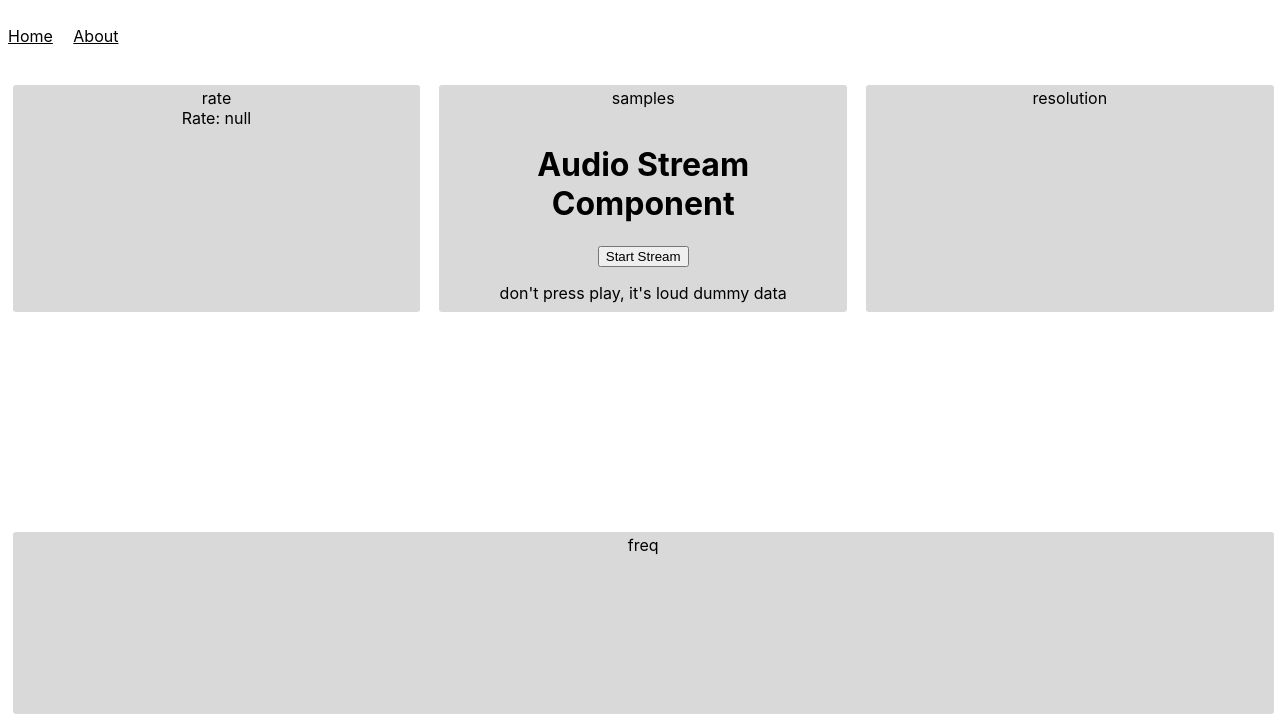
Repository: Sense-Scape/Sensor_Viewer
Page: /
The author's editor kept a copy of each file at every save. The page is drawn from the files as they stood at one save, then again after the next save.
The browser window is 1280 px wide. The pictures show the whole page.
The page's requests for data from a server got no answer. The project was rebuilt for these pictures with package versions that can differ from the ones it lists, and the page was loaded fresh each time. The framework's server and built-in components were replaced by stand-ins that run in the browser. No one was signed in, and anything a server would have sent is missing. Also part of the build but not shown: svelte.config.js, vite.config.ts.

Above is the page before, as saved 2023-09-18 07:49:06.

### src/app.html
<!DOCTYPE html>
<html lang="en">

<head>
	<meta charset="utf-8" />
	<link rel="icon" href="%sveltekit.assets%/favicon.png" />
	%sveltekit.head%
</head>

<body data-sveltekit-preload-data="hover">
	<div style="display: contents">%sveltekit.body%</div>
</body>

</html>

<style>
	:root {
		font-family: 'Overpass', -apple-system, BlinkMacSystemFont, 'Segoe UI', Roboto, Oxygen, Ubuntu,
			Cantarell, 'Fira Sans', 'Droid Sans', 'Helvetica Neue', sans-serif;
	}

	body {
		margin: 0;
	}
</style>

### src/routes/+layout.svelte
<script>
	import { dev, browser } from '$app/environment';
	import { inject } from '@vercel/analytics';

	// util
	import { webVitals } from '$lib/vitals';

	// components
	import Navbar from '$lib/Navbar.svelte';

	//store
	import { page } from '$app/stores';

	inject({ mode: dev ? 'development' : 'production' });

	let analyticsId = import.meta.env.VERCEL_ANALYTICS_ID;

	$: if (browser && analyticsId) {
		console.log(
			`%c[Web Vitals]%c`,
			'color: rgb(120, 120, 120)',
			'color: inherit',
			'Updating vitals'
		);
		webVitals({
			path: $page.url.pathname,
			params: $page.params,
			analyticsId: analyticsId,
			debug: dev
		});
	} else if (browser) {
		console.log(
			`%c[Web Vitals]%c`,
			'color: rgb(120, 120, 120)',
			'color: inherit',
			'Skipping vitals - no analyticsId'
		);
	}
</script>

<main>
	<Navbar />
	<!-- +page.svelte is rendered in this <slot> -->
	<slot />
</main>

### src/routes/+page.svelte
<script lang="ts">
	import { onDestroy } from 'svelte';
	import Chart from 'chart.js/auto';
	import { onMount } from 'svelte';

	// components
	import AudioStream from '../AudioStream.svelte';
	import Card from '../Card.svelte';

	// stores
	import { sampleRateStore } from '../stores';

	let sampleRate: number | null = null;

	const unsubscribe = sampleRateStore.subscribe((value) => {
		sampleRate = value;
	});

	// Callback that will receive and print web socket data
	$: {
		if (typeof window !== 'undefined') {
			// if (existingWebSocket) {
			//     existingWebSocket.close(); // Close the previous WebSocket instance
			// }
			if (true) {
				const newWebSocket = new WebSocket('ws://localhost:10010/DataTypes/TimeChunk');
				newWebSocket.addEventListener('message', async (event) => {
					const receivedMessage = event.data; // Access the received message from the event object
					console.log('Received message:', receivedMessage);
				});
			}
		}
	}

	// Setting up of time domain plot
	let chartData = [860, 1140, 1060, 1060, 1070, 1110, 1330, 2210, 7830, 2478];
	let Labels = [100, 200, 300, 400, 500, 600, 700, 800, 900, 1000];
	let ctx;
	let chartCanvas;

	function UpdateChartData(value) {
		console.log(`Received value in callback: ${value}`);
		// Do something with the value
	}

	new Chart('myChart', {
		type: 'line',
		data: {
			labels: Labels,
			datasets: [
				{
					data: chartData,
					borderColor: 'red',
					fill: false
				}
			]
		},
		options: {
			legend: { display: false }
		}
	});
</script>

<svelte:head>
	<title>Sense-Scape | Overview</title>
</svelte:head>

<div class="container">
	<div class="time block">
		<canvas bind:this={chartCanvas} id="myChart" />
	</div>
	<div class="freq block">
		<Card>
			<p>freq</p>
		</Card>
	</div>
	<div class="rate block">
		<Card>
			<div>
				<p>rate</p>
				<p>Rate: {sampleRate}</p>
			</div>
		</Card>
	</div>
	<div class="samples block">
		<Card>
			<p>samples</p>
			<AudioStream />
			<p>don't press play, it's loud dummy data</p>
		</Card>
	</div>
	<div class="resolution block">
		<Card>
			<p>resolution</p>
		</Card>
	</div>
</div>

<style>
	p {
		margin: 0;
	}

	.block {
		padding: 0.8rem;
	}

	.container {
		display: grid;
		grid-template-columns: 1fr 1fr 1fr;
		grid-template-rows: 1fr 3fr 3fr;
		grid-template-areas:
			'rate samples resolution'
			'time time time'
			'freq freq freq';
		text-align: center;
		height: 90vh;
	}

	@media only screen and (max-width: 600px) {
		.container {
			display: block;
		}
	}

	.time {
		grid-area: time;
	}

	.freq {
		grid-area: freq;
	}

	.rate {
		grid-area: rate;
	}

	.samples {
		grid-area: samples;
	}

	.resolution {
		grid-area: resolution;
	}
</style>

### src/lib/vitals.ts
import { onCLS, onFCP, onFID, onLCP, onTTFB } from 'web-vitals';
import type { Metric } from 'web-vitals';

const vitalsUrl = 'https://vitals.vercel-analytics.com/v1/vitals';

interface NavigatorConnection {
	effectiveType: string;
	// Add other properties if needed
}

function getConnectionSpeed() {
	return 'connection' in navigator &&
		navigator['connection'] &&
		'effectiveType' in (navigator['connection'] as NavigatorConnection)
		? (navigator['connection'] as NavigatorConnection)['effectiveType']
		: '';
}

interface AnalyticsOptions {
	params: { [s: string]: string } | ArrayLike<string>;
	path: string;
	analyticsId: string;
	debug: boolean;
}

function sendToAnalytics(metric: Metric, options: AnalyticsOptions): void {
	const page = Object.entries(options.params).reduce(
		(acc, [key, value]) => acc.replace(value, `[${key}]`),
		options.path
	);

	const body = {
		dsn: options.analyticsId,
		id: metric.id,
		page,
		href: location.href,
		event_name: metric.name,
		value: metric.value.toString(),
		speed: getConnectionSpeed()
	};

	if (options.debug) {
		console.log('[Web Vitals]', metric.name, JSON.stringify(body, null, 2));
	}

	const blob = new Blob([new URLSearchParams(body).toString()], {
		// This content type is necessary for `sendBeacon`
		type: 'application/x-www-form-urlencoded'
	});
	if (navigator.sendBeacon) {
		navigator.sendBeacon(vitalsUrl, blob);
	} else {
		fetch(vitalsUrl, {
			body: blob,
			method: 'POST',
			credentials: 'omit',
			keepalive: true
		});
	}
}

export function webVitals(options: AnalyticsOptions): void {
	try {
		onFID((metric: Metric) => sendToAnalytics(metric, options));
		onTTFB((metric: Metric) => sendToAnalytics(metric, options));
		onLCP((metric: Metric) => sendToAnalytics(metric, options));
		onCLS((metric: Metric) => sendToAnalytics(metric, options));
		onFCP((metric: Metric) => sendToAnalytics(metric, options));
	} catch (err) {
		console.error('[Web Vitals]', err);
	}
}

### src/lib/Navbar.svelte
<section>
	<nav>
		<a href="/">Home</a>
		<a href="/about">About</a>
	</nav>
</section>

<style>
	section {
		display: flex;
		height: 10vh;
		width: 100%;
		align-items: center;
		background-color: var(--quandary-color);
	}

	a {
		color: var(--tertiary-color);
		margin-left: 0.5rem;
		margin-right: 0.5rem;
	}
</style>

### src/AudioStream.svelte
<!-- AudioStream.svelte -->
<script lang="ts">
	import { onMount, onDestroy } from 'svelte';
	import { sampleRateStore } from './stores';

	let audioContext: AudioContext | null = null;
	let dummySource: AudioBufferSourceNode | null = null;

	async function startStream() {
		try {
			audioContext = new AudioContext({ sampleRate: 44100 });
			dummySource = createDummyAudioSource(audioContext, 10); // 10 seconds duration
			const sampleRate = dummySource.buffer?.sampleRate ?? null; // Get the sample rate
			sampleRateStore.set(sampleRate); // Set the sample rate in the store
			dummySource.connect(audioContext.destination);
			dummySource.start();
		} catch (error) {
			console.error('Error creating audio context:', error);
		}
	}

	function stopStream() {
		if (dummySource) {
			dummySource.stop();
			dummySource.disconnect();
			dummySource = null;
		}
		if (audioContext) {
			audioContext.close();
			audioContext = null;
			sampleRateStore.set(null);
		}
	}

	let cleanup: () => void = () => {
		// Initialize as empty function
	};
	onMount(() => {
		cleanup = () => {
			if (dummySource) {
				dummySource.stop();
				dummySource.disconnect();
				dummySource = null;
			}
			if (audioContext) {
				audioContext.close();
				audioContext = null;
			}
		};
	});

	onDestroy(() => cleanup());

	function createDummyAudioSource(
		audioContext: AudioContext,
		duration: number
	): AudioBufferSourceNode {
		const sampleRate = audioContext.sampleRate;
		const frameCount = duration * sampleRate;
		const buffer = audioContext.createBuffer(1, frameCount, sampleRate);
		const channelData = buffer.getChannelData(0);

		for (let i = 0; i < frameCount; i++) {
			channelData[i] = Math.random() * 2 - 1; // Generate random audio samples between -1 and 1
		}

		const source = audioContext.createBufferSource();
		source.buffer = buffer;

		return source;
	}
</script>

<main>
	<h1>Audio Stream Component</h1>
	{#if dummySource}
		<button on:click={stopStream}>Stop Stream</button>
	{:else}
		<button on:click={startStream}>Start Stream</button>
	{/if}
</main>

<style>
	main {
		text-align: center;
		padding: 1em;
		max-width: 240px;
		margin: 0 auto;
	}
</style>

### src/Card.svelte
<!-- Card.svelte -->
<script lang="ts">
</script>

<div>
	<slot>Card should wrap some content</slot>
</div>

<style>
	div {
		border-radius: 0.2rem;
		text-shadow: 4rem;
		background-color: #d9d9d9;
		height: 100%;
		width: 100%;
		padding: 0.2rem;
	}
</style>

### src/stores.ts
// <!-- stores.ts -->
import { writable } from 'svelte/store';

export const sampleRateStore = writable<number | null>(null);

Loaded but not shown: src/routes/+layout.ts (common file)

After the next save:
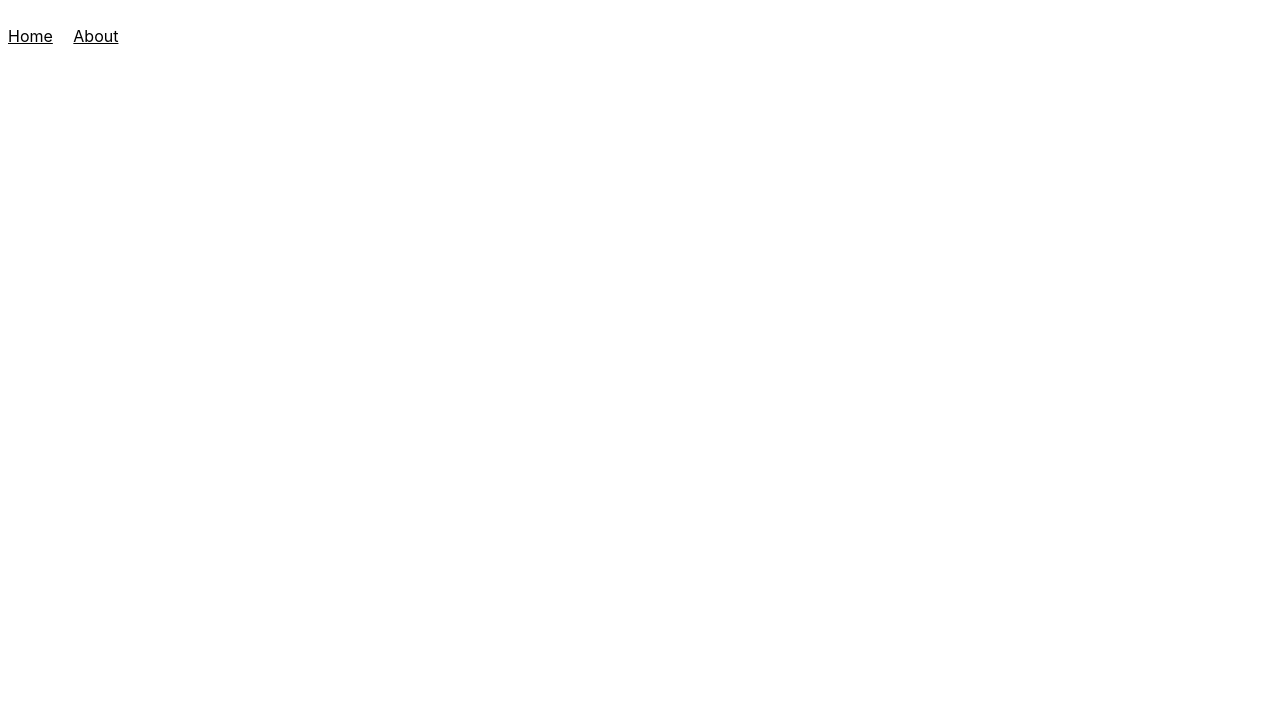
Console error: ReferenceError: Labels is not defined
Saved 18 s later.
--- a/src/routes/+page.svelte
+++ b/src/routes/+page.svelte
@@ -33,12 +33,12 @@
 	}
 
 	// Setting up of time domain plot
-	let chartData = [860, 1140, 1060, 1060, 1070, 1110, 1330, 2210, 7830, 2478];
-	let Labels = [100, 200, 300, 400, 500, 600, 700, 800, 900, 1000];
+	let yValues = [860, 1140, 1060, 1060, 1070, 1110, 1330, 2210, 7830, 2478];
+	let xValues = [100, 200, 300, 400, 500, 600, 700, 800, 900, 1000];
 	let ctx;
 	let chartCanvas;
 
-	function UpdateChartData(value) {
+	function UpdateChartData(chartData) {
 		console.log(`Received value in callback: ${value}`);
 		// Do something with the value
 	}

After the 6 saves that followed:
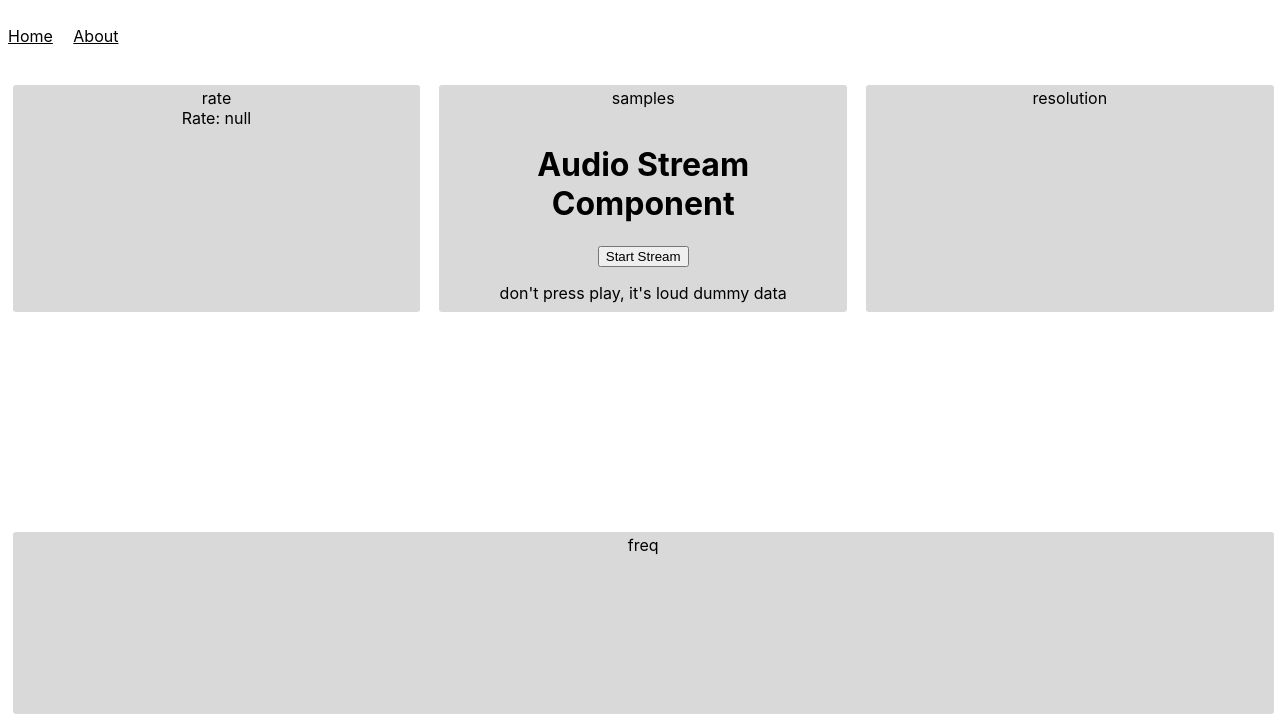
The error is gone.
The 6 saves are shown as one change because 2 did not build or start and 2 left the picture as it was and some came seconds apart.
The last was saved 2 min 54 s later.
--- a/src/routes/+page.svelte
+++ b/src/routes/+page.svelte
@@ -38,18 +38,13 @@
 	let ctx;
 	let chartCanvas;
 
-	function UpdateChartData(chartData) {
-		console.log(`Received value in callback: ${value}`);
-		// Do something with the value
-	}
-
 	new Chart('myChart', {
 		type: 'line',
 		data: {
-			labels: Labels,
+			labels: xValues,
 			datasets: [
 				{
-					data: chartData,
+					data: yValues,
 					borderColor: 'red',
 					fill: false
 				}
